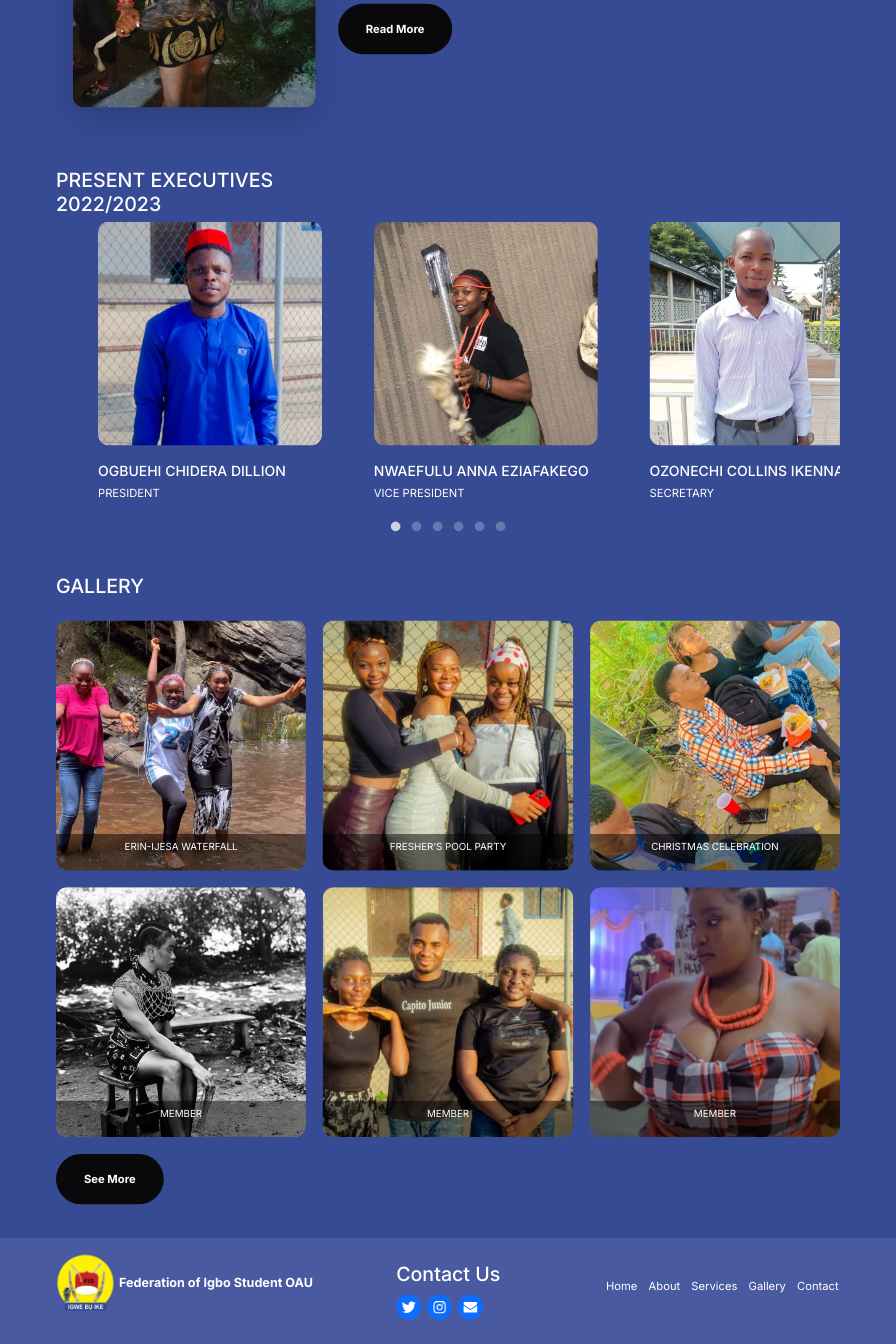
Repository: akinolapo/fis
Page: /
The author's editor kept a copy of each file at every save. The page is drawn from the files as they stood at one save, then again after the next save.
The browser window is 1280 px wide. The pictures show the part of the page from y = 1439 to 3359 px (the page is 3359 px tall), at 70% of full size.
The project was rebuilt for these pictures with package versions that can differ from the ones it lists, and the page was loaded fresh each time. The framework's server and built-in components were replaced by stand-ins that run in the browser. Also part of the build but not shown: next.config.mjs.

Above is the page before, as saved 2024-05-06 13:29:20.

### app/layout.tsx
import type { Metadata } from "next";
import { Inter } from "next/font/google";
import "./globals.css";
import Header from "./components/Header/Header";
import Head from "next/head";
import Footer from "./components/Footer/Footer";



const inter = Inter({ subsets: ["latin"] });

export const metadata: Metadata = {
  title: "Federation of Igbo Student OAU",
  description: "Federation of Igbo Student OAU",
};

export default function RootLayout({
  children,
}: Readonly<{
  children: React.ReactNode;
}>) {
  return (
    <html lang="en">
       <Head>
        <meta charSet="utf-8" />
        <meta name="viewport" content="width=device-width, initial-scale=1" />
        <meta name="theme-color" content="#ffffff" />
        <link rel="manifest" href="/site.webmanifest" />
        <link rel="icon" href="/favicon.ico" />
        {/* Add any other meta tags you need */}
      </Head>
      <body className={inter.className}>
        <main className="px-6 lg:px-20">
        <Header/>
        {children}
        </main>
        <Footer/>
        </body>
    </html>
  );
}

### app/page.tsx
import About from "./components/About/About";
import Excos from "./components/Excos/Excos";
import Gallery from "./components/Gallery/Gallery";
import Hero from "./components/Hero/Hero";

export default function Home() {
  return (
    <main>
      <Hero/>
      <About/>
      <Excos/>
      <Gallery/>
    </main>
  );
}

### app/globals.css
@tailwind base;
@tailwind components;
@tailwind utilities;z

*{
  margin: 0;
  padding: 0;
}

.bg-primary{
  background: #364B94;
}

body {
  background: #364B94 !important;
  color: #ffffff !important;
}

footer{
  background: #4A5AA1 !important;
}

footer a {
  text-decoration: none;
  color: #ffffff;
}

footer a:hover{
  color: rgb(156 163 175);
}

@layer utilities {
  .text-balance {
    text-wrap: balance;
  }
}

### app/components/Header/Header.tsx
import Image from "next/image";

const Header = () => {
  return (
    <header className="hidden justify-between items-center py-4 text-white lg:flex">
      {/* Logo and Site Title */}
      <div className="flex items-center">
        <Image src="/logo.png" alt="Logo" width={60} height={60} className="mr-2"  />
        <h1 className="text-lg font-bold">Federation of <br></br>Igbo Student<br></br> OAU</h1>
      </div>

      {/* Menu */}
      <nav className="flex justify-center flex-grow">
        <ul className="flex gap-1">
          <li className="cursor-pointer hover:text-gray-400 p-8">Home</li>
          <li className="cursor-pointer hover:text-gray-400 p-8">About Us</li>
          <li className="cursor-pointer hover:text-gray-400 p-8">Gallery</li>
          <li className="cursor-pointer hover:text-gray-400 p-8">Executive</li>
          <li className="cursor-pointer hover:text-gray-400 p-8">Contact Us</li>
        </ul>
      </nav>

      {/* Join Us Button */}
      <button className="rounded-full py-4 px-10 bg-zinc-950 hover:bg-black text-white">
        Join Us
      </button>
    </header>
  );
};

export default Header;

### app/components/Footer/Footer.tsx
// Footer.tsx

import { FaTwitter, FaInstagram, FaEnvelope } from "react-icons/fa";

const Footer = () => {
  return (
    <footer className="text-white py-6">
      <div className="container mx-auto flex flex-col md:flex-row justify-between items-center">
        {/* Left section with logo, site title, and contact info */}
        <div className="flex items-center mb-4 md:mb-0">
          <img src="/logo.png" alt="Logo" className="h-20 mr-2" />
          <div className="text-lg font-bold">Federation of Igbo Student OAU</div>
        </div>
        <div>
          <h3>Contact Us</h3>
          <div className="flex flex-col">
            <div className="flex items-center mt-1">
              <a
                href="https://twitter.com/"
                target="_blank"
                rel="noopener noreferrer"
                className="mr-2 text-white bg-primary p-2 rounded-full"
              >
                <FaTwitter className="text-xl" />
              </a>
              <a
                href="https://www.instagram.com/"
                target="_blank"
                rel="noopener noreferrer"
                className="mr-2 text-white bg-primary p-2 rounded-full"
              >
                <FaInstagram className="text-xl" />
              </a>
              <a
                href="mailto:example@example.com"
                target="_blank"
                rel="noopener noreferrer"
                className="text-white bg-primary p-2 rounded-full"
              >
                <FaEnvelope className="text-xl" />
              </a>
            </div>
          </div>
        </div>

        {/* Right section with site menu items */}
        <div className="md:hidden mt-4">
          <ul className="flex flex-wrap justify-center">
            <li className="mr-4 mb-2">
              <a href="#">Home</a>
            </li>
            <li className="mr-4 mb-2">
              <a href="#">About</a>
            </li>
            <li className="mr-4 mb-2">
              <a href="#">Services</a>
            </li>
            <li className="mr-4 mb-2">
              <a href="#">Gallery</a>
            </li>
            <li className="mb-2">
              <a href="#">Contact</a>
            </li>
          </ul>
        </div>
        {/* Right section with site menu items */}
        <div className="hidden md:block">
          <ul className="flex">
            <li className="mr-4">
              <a href="#">Home</a>
            </li>
            <li className="mr-4">
              <a href="#">About</a>
            </li>
            <li className="mr-4">
              <a href="#">Services</a>
            </li>
            <li className="mr-4">
              <a href="#">Gallery</a>
            </li>
            <li>
              <a href="#">Contact</a>
            </li>
          </ul>
        </div>
      </div>
    </footer>
  );
};

export default Footer;

### app/components/About/About.tsx
import Image from "next/image";


const About = () => {
  return (
    <div className="flex flex-col md:flex-row items-center justify-center md:justify-start px-4 py-8 md:py-16">
      <div className="md:w-1/3 mr-0 md:mr-8 mb-4 md:mb-0">
        <Image
          src="/images/about.jpeg"
          alt="About Image"
          className="w-full h-auto shadow-lg rounded-2xl"
          width={339}
          height={339}
        />
      </div>
      <div className="md:w-2/3">
        <h2 className="text-2xl md:text-3xl font-bold mb-4">About Us</h2>
        <p className="leading-relaxed mb-4">
        We, the Igbo students of Obafemi Awolowo University (OAU) in Ile-Ife, Nigeria, united by our shared heritage and values, hereby establish the Federation of Igbo Students (FIS) at OAU. Committed to fostering brotherly love, unity, and peace among Igbo students, FIS is dedicated to promoting and preserving Igbo cultural heritage, language, and values as a hallmark of our ethnic identity.
        </p>
        <button className="bg-zinc-950 hover:bg-black text-white font-bold py-4 px-10 rounded-full focus:outline-none focus:shadow-outline">
          Read More
        </button>
      </div>
    </div>
  );
};

export default About;

### app/components/Excos/Excos.tsx
import React from 'react'
import Members from '../Slider/Members'

const Excos = () => {
  return (
    <div>
        <h3>PRESENT EXECUTIVES<br></br> 2022/2023</h3>
        <Members/>
    </div>
  )
}

export default Excos

### app/components/Gallery/Gallery.tsx
"use client";

// Gallery.tsx

import React, { useState } from "react";
import Image from "next/image";

// Sample data for gallery images with captions
const galleryImages = [
  { src: "/images/gallery1.jpeg", caption: "ERIN-IJESA WATERFALL" },
  { src: "/images/gallery2.jpeg", caption: "FRESHER’S POOL PARTY" },
  { src: "/images/gallery3.jpeg", caption: "CHRISTMAS CELEBRATION" },
  { src: "/images/gallery4.jpeg", caption: "MEMBER" },
  { src: "/images/gallery5.jpeg", caption: "MEMBER" },
  { src: "/images/gallery6.jpeg", caption: "MEMBER" },
  // Add more images with captions here
];

const Gallery = () => {
  const [selectedImage, setSelectedImage] = useState("");
  const [currentIndex, setCurrentIndex] = useState(0);

  // Function to handle image click
  const handleImageClick = (image: string, index: number) => {
    setSelectedImage(image);
    setCurrentIndex(index);
  };

  // Function to handle next image click
  const handleNext = () => {
    if (currentIndex < galleryImages.length - 1) {
      setCurrentIndex(currentIndex + 1);
      setSelectedImage(galleryImages[currentIndex + 1].src);
    }
  };

  // Function to handle previous image click
  const handlePrev = () => {
    if (currentIndex > 0) {
      setCurrentIndex(currentIndex - 1);
      setSelectedImage(galleryImages[currentIndex - 1].src);
    }
  };

  // Function to close the full-size image view
  const handleClose = () => {
    setSelectedImage("");
  };

  return (
    <div className="py-5">
      <h3 className="mb-8">GALLERY</h3>
      <div className="grid grid-cols-1 md:grid-cols-2 lg:grid-cols-3 gap-4">
        {galleryImages.map((image, index) => (
          <div key={index} onClick={() => handleImageClick(image.src, index)}>
            <div className="relative">
              <Image
                src={image.src}
                alt={`Image ${index}`}
                width={500}
                height={500}
                className="rounded-2xl"
              />
              <div className="absolute inset-x-0 bottom-0 bg-black bg-opacity-50 text-white p-2 rounded-b-2xl">
                <p className="text-sm text-center">{image.caption}</p>
              </div>
            </div>
          </div>
        ))}

        {/* Full-size image modal */}
        {selectedImage && (
          <div
            className="fixed top-0 left-0 w-full h-full bg-gray-900 bg-opacity-75 flex justify-center items-center z-10"
            onClick={handleClose}
          >
            <div className="relative" onClick={(e) => e.stopPropagation()}>
              <button
                className="absolute top-4 right-4 bg-black bg-opacity-50 text-white text-lg p-2 rounded-full"
                onClick={handleClose}
              >
                Close
              </button>
              <Image
                src={selectedImage}
                alt={`Image ${currentIndex}`}
                width={600}
                height={600}
              />
              {currentIndex > 0 && (
                <button
                  className="absolute top-1/2 left-4 transform -translate-y-1/2 text-white text-xl"
                  onClick={handlePrev}
                >
                  &lt;
                </button>
              )}
              {currentIndex < galleryImages.length - 1 && (
                <button
                  className="absolute top-1/2 right-4 transform -translate-y-1/2 text-white text-xl"
                  onClick={handleNext}
                >
                  &gt;
                </button>
              )}
              <div className="absolute bottom-4 left-0 right-0 text-white text-center">
                <p className="text-lg">{galleryImages[currentIndex].caption}</p>
              </div>
            </div>
          </div>
        )}
      </div>
      <button className="bg-zinc-950 hover:bg-black text-white font-bold py-4 px-10 mt-4 rounded-full focus:outline-none focus:shadow-outline">
          See More
        </button>
    </div>
  );
};

export default Gallery;

### app/components/Hero/Hero.tsx
import Image from "next/image";
import Slider from "../Slider/Slider";

const Hero = () => {
  return (
    <div className="text-white py-20">
      <h2 className="text-4xl font-bold mb-4">
        Welcome to the Federation of Igbo Students
      </h2>
      <p className="text-lg mb-8">
        Empowering Tomorrow's Leaders, Preserving Igbo Heritage
      </p>
      <Slider/>
    </div>
  );
};

export default Hero;

### app/components/Slider/Members.tsx
'use client'

import React from 'react';
import Slider from 'react-slick';
import 'slick-carousel/slick/slick.css';
import 'slick-carousel/slick/slick-theme.css';

import './members.css'
import Image from 'next/image';

// Sample data for members
const membersData = [
  { id: 1, name: 'OGBUEHI CHIDERA DILLION', position: 'PRESIDENT', image: '/images/member1.jpg' },
  { id: 2, name: 'NWAEFULU ANNA EZIAFAKEGO', position: 'VICE PRESIDENT', image: '/images/member2.jpg' },
  { id: 3, name: 'OZONECHI COLLINS IKENNA', position: 'SECRETARY', image: '/images/member3.jpg' },
  { id: 4, name: 'UGWUEKE DANIEL IGWEBUIKE', position: 'FINANCIAL SECRETARY', image: '/images/member4.jpg' },
  { id: 5, name: 'OGONNAYA KELVIN', position: 'DIRECTOR OF SOCIALS ', image: '/images/member5.jpg' },
  { id: 6, name: 'UCHE U. DEBORAH', position: 'PUBLIC RELATIONS OFFICER', image: '/images/member6.jpg' },
  // Add more members here
];

const Members = () => {
  const settings = {
    dots: true,
    infinite: true,
    speed: 500,
    slidesToShow: 3, // Show 3 members at a time on desktop
    slidesToScroll: 1,
    arrows: false, // Hide arrow navigation
    responsive: [
      {
        breakpoint: 1024, // Tablet
        settings: {
          slidesToShow: 2, // Show 2 members at a time on tablet
        },
      },
      {
        breakpoint: 600, // Mobile
        settings: {
          slidesToShow: 1, // Show 1 member at a time on mobile
        },
      },
    ],
  };

  return (
    <div className='relative'>
      <Slider {...settings}>
        {membersData.map((member) => (
          <div key={member.id} className='mb-10'>
            <Image src={member.image} alt={member.name} width={320} height={320} className='rounded-2xl mb-6' />
            <h5>{member.name}</h5>
            <p>{member.position}</p>
          </div>
        ))}
      </Slider>
    </div>
  );
};

export default Members;

### app/components/Slider/Slider.tsx
'use client'
import { Carousel } from 'react-bootstrap'
import Image from 'next/image'

import './slider.css'
import './bootstrap.min.css';

const Slider = () => {
  return (
    <section className="slider-head">
      <Carousel className="slider" pause={false} interval={4000}>
        <Carousel.Item className="sliderWrapper">
          <div className="slideImg">
            <Image
              src="/images/hero1.jpg"
              alt="promotion"
              width={720}
              height={480}
              className="imageOverlay"
            />
          </div>
        </Carousel.Item>

        <Carousel.Item className="sliderWrapper">
          <div className="slideImg">
            <Image
              src="/images/hero2.jpg"
              alt="promotion"
              width={720}
              height={480}
              className="imageOverlay"
            />
          </div>
        </Carousel.Item>

        <Carousel.Item className="sliderWrapper">
          <div className="slideImg">
            <Image
              src="/images/hero3.jpg"
              alt="promotion"
              width={720}
              height={480}
              className="imageOverlay"
            />
          </div>
        </Carousel.Item>
      </Carousel>
    </section>
  )
}

export default Slider

### app/components/Slider/members.css
  /* members.css */

/* Override default slider styles */
.slick-slider {
    width: 100%; /* Ensure the slider spans the full width of its container */
  }

  .slick-list {
    overflow: hidden; /* Hide overflow to prevent slider from extending beyond its container */
  }

  .slick-track {
    display: flex !important; /* Ensure the track uses flexbox layout */
  }

  .slick-slide {
    flex: 0 0 auto; /* Prevent slides from growing or shrinking */
    margin-right: 20px; /* Adjust the gap size between slides */
  }

  .slick-dots {
    position: absolute; /* Position the dots container absolutely */
    bottom: 10px; /* Adjust the vertical position as needed */
    left: 50%; /* Center the dots horizontally */
    transform: translateX(-50%); /* Center the dots horizontally */
    z-index: 1; /* Ensure dots are above the slides */
  }

  .slick-dots li {
    display: inline-block; /* Display dots horizontally */
  }

  .slick-dots li button:before {
    color: white !important; /* Change bullet dot color to white */
    font-size: 16px;
  }

  /* Adjust Image component styling */
  .Image {
    display: block;
    width: 100%;
    height: auto;
  }

### app/components/Slider/slider.css
/* slider.css */

.slider {
    position: relative;
  }


  .slideImg {
    position: relative;
  }

  .imageOverlay {
    width: 100%;
    height: auto;
    border-radius: 10px;
  }

Loaded but not shown: app/components/Slider/bootstrap.min.css (library); tailwind.config.ts (common file)

After the next save:
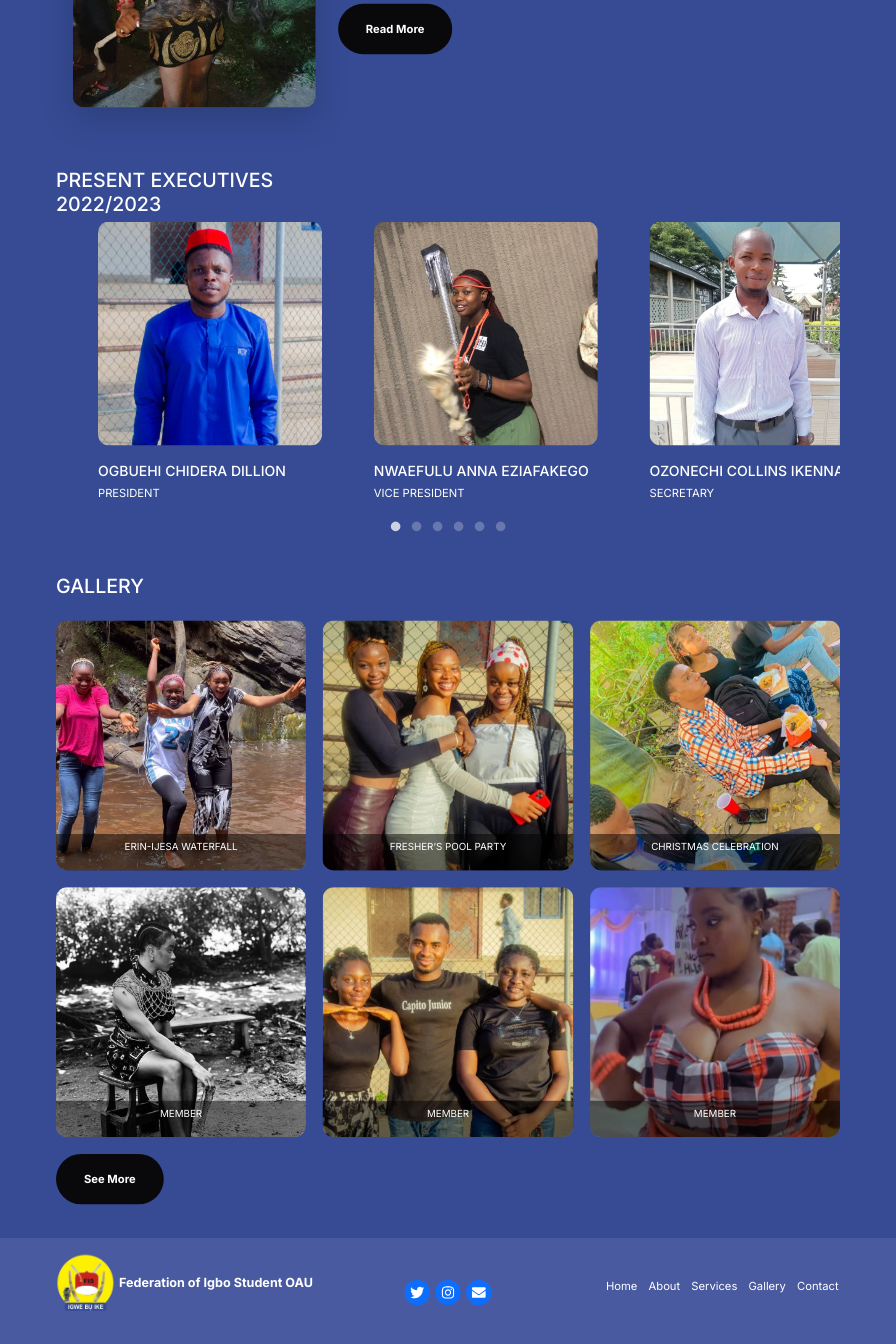
Saved 35 s later.
--- a/app/components/Footer/Footer.tsx
+++ b/app/components/Footer/Footer.tsx
@@ -12,7 +12,7 @@ const Footer = () => {
           <div className="text-lg font-bold">Federation of Igbo Student OAU</div>
         </div>
         <div>
-          <h3>Contact Us</h3>
+          {/* <h3>Contact Us</h3> */}
           <div className="flex flex-col">
             <div className="flex items-center mt-1">
               <a
